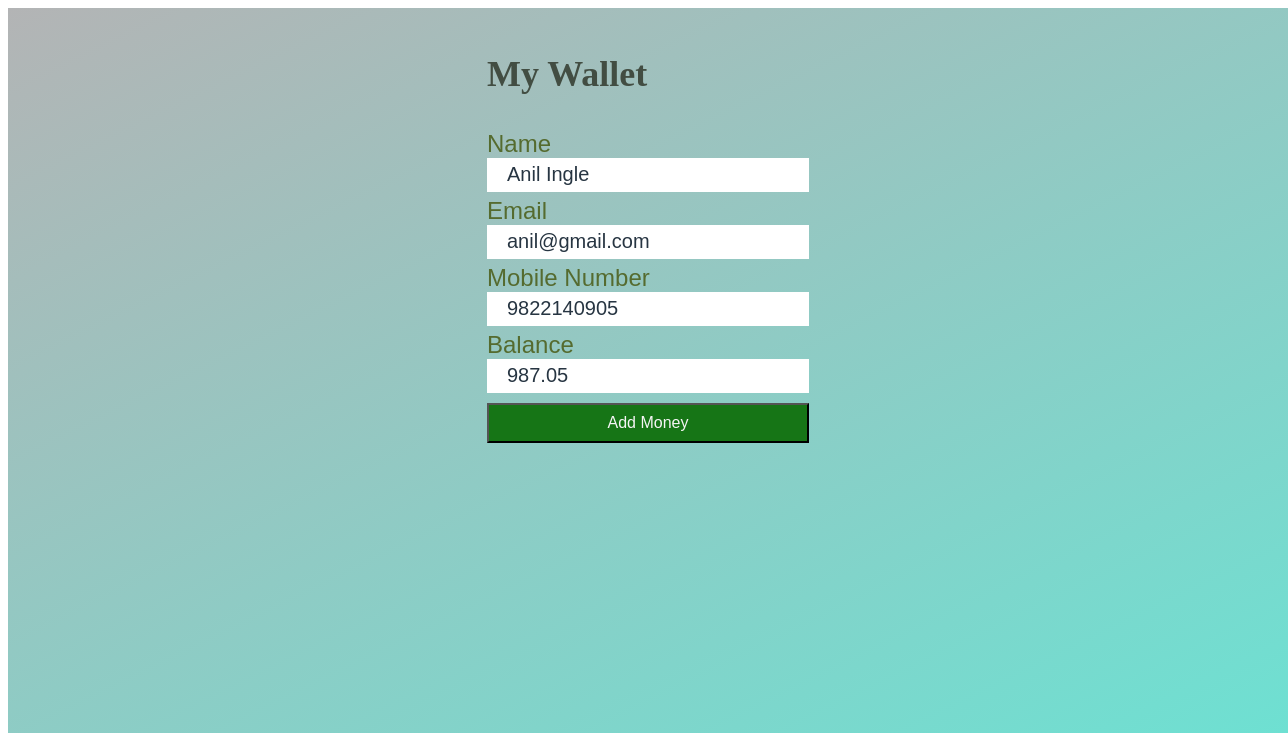
Repository: anil-ingle/dac-proj
Page: onlineparking/src/main/webapp/layout/user/wallet.html
An editor plug-in stored every save of this project. The page is shown before and after the next save, followed by the edit.
The browser window is 1280 px wide. The page is 1288 px wide, so the pictures cover 1288 px, including what lies to the right of the window. The pictures show the whole page.

Above is the page before, as saved 2018-07-29 16:58:27.
Console error: TypeError: Cannot read properties of null (reading 'fName')

### onlineparking/src/main/webapp/layout/user/wallet.html
<!DOCTYPE html>
<html>

<head>
    <title>My Wallet</title>
    <style>
        .wollet-container {
            widows: 500;
            position: absolute;
            top: 100px;

        }

        .wollet_heading {
            width: 100%;
        }

        h2 {
            color: #424d42;

        }



        label {
            font-size: 24px;
            /* font-size: larger; */
            font-family: sans-serif;
            font-style: initial;
            color: darkolivegreen;
        }

        .container {
            width: 100%;
            height: 100%;
            display: flex;
            flex: 1 1 0%;
            /* align-items: center; */
            justify-content: center;
            font-size: 1.5em;
            color: purple;
            background: linear-gradient(154deg, #b3b4b5, #6ee0d2);
            background-color: transparent !important;
        }

        input {
            width: 300px;
            height: 32px;
            padding-left: 20px;
            font-size: 20px;
            font-style: normal;
            color: #273542;
        }


        input:focus {
            outline: none;
        }

        .add_money {
            padding-top: 10px;
        }

        div {
            padding-top: 5px;
        }

        .btn-add-money {
            height: 40px;
            background: #167516;
            align-items: center;
            font-size: initial;
            width: -webkit-fill-available;
            width: -moz-available;
            color: whitesmoke;
        }

        body,
        html {
            width: 100%;
            height: 100%;
        }
    </style>
    <script src="../node_modules/jquery/dist/jquery.min.js"></script>
    <script type="text/javascript" src="../header.js"></script>
    <script>
        // window.onload="myFunction()";
        function addMoney() {
            alert("This Feature Comming soon...!!!");
        }

        function myFunction(){
            document.getElementById("name").value = "Anil Ingle";
            document.getElementById("email").value = "anil@gmail.com";
            document.getElementById("mobileNumber").value = "9822140905";
            document.getElementById("balance").value = "987.05";
        }



    </script>
</head>

<body onload="myFunction()">
    <div class="container">
    <div id="hdr" class="header"></div>
        <div class="wallet-container">
            <div class="wollet_heading">
                <h2>My Wallet</h2>
            </div>
            <div>
                <label>Name</label>
                <br/>
                <input style="border:none" id="name" type="text"  readonly/>
            </div>
            <div>
                <label>Email</label>
                <br/>
                <input style="border:none" id="email" type="text"  readonly/>
            </div>
            <div>
                <label>Mobile Number</label>
                <br/>
                <input style="border:none" id="mobileNumber" type="text" readonly/>
            </div>
            <div>
                <label>Balance</label>
                <br/>
                <input style="border:none" id="balance" type="text"  readonly/>
            </div>
            <div class="add_money">
                <button class="btn-add-money" onclick="addMoney();">Add Money</button>
            </div>
        </div>
    </div>

</body>

</html>

### onlineparking/src/main/webapp/layout/header.js
/*
	 * Developer:kadam dashrath
	 * Date:26/05/2018
	 * -----------------------------------Description-----------------
	 * Here user.main.html control dom and make ajax call as per requirement and
	 * give performance of do unwanted data not load and rendor
	 * -----------------------End--------------------------------------
	 */
	var jq=$;
	var ajaxPrefix="http://localhost:2020/onlineparking/";

	/*var script = document.createElement('script');
	script.src = 'jquery.min.js';
	script.type = 'text/javascript';
	document.getElementsByTagName('head')[0].appendChild(script);*/

	// Store

	jq(document).ready(function() {
		 let _user = JSON.parse(sessionStorage.getItem('user'));
		 if(_user.fName){
			 let name=_user.fName;
			 logo(name);
		 }else{
			 logo('User');
		 }




		});


	function logo(name){
		let ur="<div class='user-r-page'><a class='hy-user' href='user.html'>Home</a></div>"
		let uh="<div class='user-r-history'><a class='hy-history' href='history.html'>Order</a></div>"
		let p="<div class='wolet-page'><a class='hy-wpage' href='wallet.html'>My Wolet</a></div>"
		let info="<div id='header-nav-right' class='header-nav-right'><div class='header-user-name'>Welcome "+name+"</div><div class='header-log-out-logo'><button onclick='logOut()' class='logout-btn'>logout</button></div></div>";
		if(ur||uh||p||info)
		 document.getElementById("hdr").innerHTML =ur+p+uh+info;
	}

function logOut(){

		jq.ajax({
            url:  ajaxPrefix+"mvc/logout",
            type: "GET",
            dataType: "json",
            contentType: 'application/json; charset=utf-8',
            success: function (response) {
                if (response) {
                	sessionStorage.removeItem("name");
                	window.location.href =ajaxPrefix;
                }
            },
            error: function (xhr, status, err) {

            console.log("fail...")
            }
        });
	}

Loaded but not shown: onlineparking/src/main/webapp/layout/node_modules/jquery/dist/jquery.min.js (library)

After the next save:
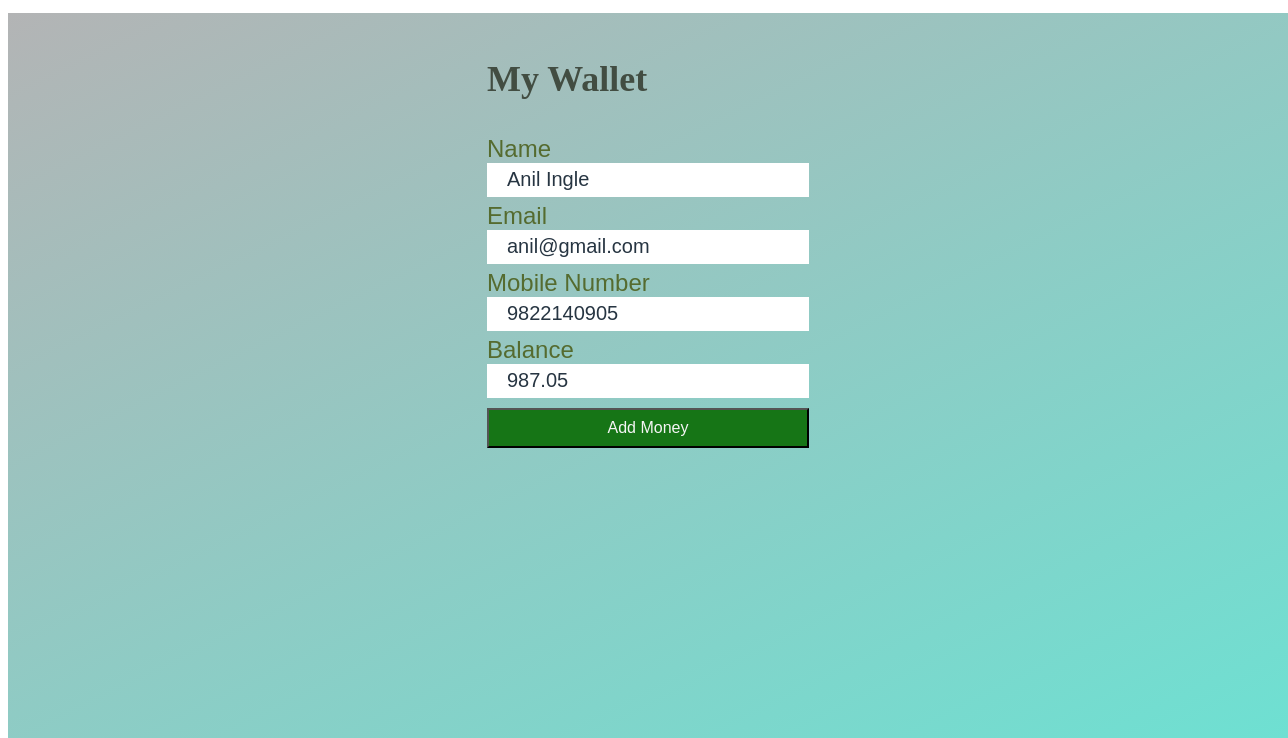
Saved 113 s later.
--- a/onlineparking/src/main/webapp/layout/user/wallet.html
+++ b/onlineparking/src/main/webapp/layout/user/wallet.html
@@ -102,8 +102,9 @@
 </head>
 
 <body onload="myFunction()">
+ <div id="hdr" class="header"></div>
     <div class="container">
-    <div id="hdr" class="header"></div>
+
         <div class="wallet-container">
             <div class="wollet_heading">
                 <h2>My Wallet</h2>
